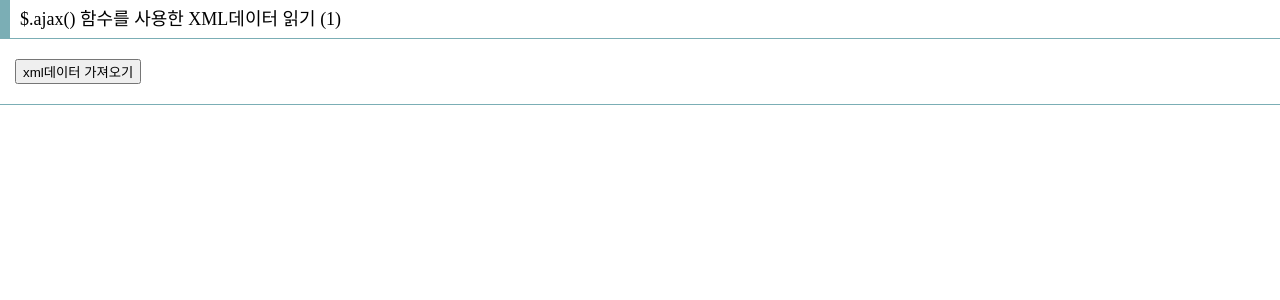
Repository: jigudeong-i/backenddeveloper
Page: firstExample/src/main/webapp/ajaxExample/02_xml.html
The author's editor kept a copy of each file at every save. The page is drawn from the files as they stood at one save, then again after the next save.
The browser window is 1280 px wide. The pictures show the whole page.

Above is the page before, as saved 2025-07-21 00:34:47.

### firstExample/src/main/webapp/ajaxExample/02_xml.html
<!DOCTYPE html>
<html lang="ko">
	<head>
		<meta charset="UTF-8">
		<meta name="viewport" content="width=device-width, initial-scale=1">
		<title>xml(1) = 02_xml.html</title>

		<link href="../image/icon.png" rel="icon" type="image/x-icon" />
		<link rel="stylesheet" href="../css/reset.css" />
		<link rel="stylesheet" href="../css/common.css" />
	</head>
	<body>
		<h1 class="title">$.ajax() 함수를 사용한 XML데이터 읽기 (1)</h1>
		<div class="exec">
			<input type="button" value="xml데이터 가져오기" id="mybtn" />
		</div>
		<div class="consol" id="result"></div>

		<script src="../js/jquery-3.7.1.min.js"></script>
		<script>
			$("#mybtn").on("click", function() {
				$.ajax({
					url: "/firstExample/ajax/xml/02.xml",
					method: 'get',
					dataType: 'xml'
				}).done(function (data){
					// 읽어온 XML파일안에 포함된 데이터를 추출
					let title = $(data).find("title").text();
					let time = $(data).fint("time").text();
					let teacher = $(date).find("teacher").text();

					// 추출된 데이터를 화면에 출력하기 위한 HTML요소를 동적으로 생성
					let div = $("<div>"); //$("div");
					let p1 = $("<p>").html(title);
					let p2 = $("<p>").html(time)
					let p3 = $("<p>").html(teacher);

					// 메서드 체인을 사용한 동적 요소의 결합. <div><p></p><p></p><p></p></div>
					div.append(p1).append(p2).append(p3);

					// 화면에 표시
					$("#result").html(div);
				}).fail(function(xhr, textStatus){
					// 통신이 실패했을 때 실행되는 함수.
					$("#result").html(textStatus + " (HTTP-" + xhr.status + ")");
				});
			});
		</script>
	</body>
</html>

### firstExample/src/main/webapp/css/common.css
html, body {
	width: 100%;
	height: 100%;
}
/* 페이지 제목을 표현.*/
h1.title {
	font-size: large;
	border-left: 10px solid #7BAEB5;
	border-bottom: 1px solid #7BAEB5;
	padding: 10px;
	width: auto;
	background-color: #fff;
}
/* 예제 실행을 위한 버튼이나 링크 배치하는 영역 표현.*/
div.exec, div.console {
	padding: 20px 15px;
	border-bottom: 1px solid #7BAEB5;
}
/* 결과 출력을 위한 영역 표현.*/
div.console {
	font-family: 'Courier New';
	font-size: 12px;
	font-style: italic;
	line-height: 130%;
}
/* 예제 화면을 구성하기 위한 영역 표현.*/
div.example {
	padding: 10px 30px;
}

Loaded but not shown: firstExample/src/main/webapp/css/reset.css (common file); firstExample/src/main/webapp/js/jquery-3.7.1.min.js (library)

After the next save:
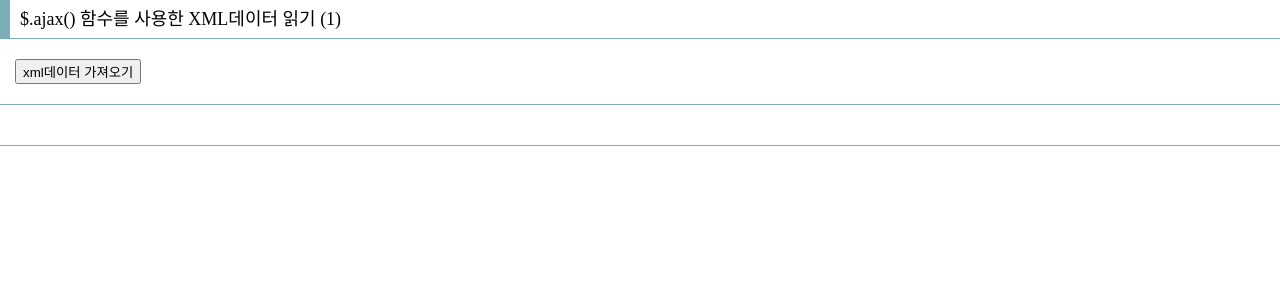
Saved 21 s later.
--- a/firstExample/src/main/webapp/ajaxExample/02_xml.html
+++ b/firstExample/src/main/webapp/ajaxExample/02_xml.html
@@ -1,20 +1,20 @@
 <!DOCTYPE html>
 <html lang="ko">
 	<head>
-		<meta charset="UTF-8">
-		<meta name="viewport" content="width=device-width, initial-scale=1">
-		<title>xml(1) = 02_xml.html</title>
+		<meta charset="utf-8" />
+		<meta name="viewport" content="width=device-width, initial-scale=1.0">
+		<title>xml(1) - 02_xml.html</title>
+		<link href="../image/icon.png" rel="icon" type="image/x-icon" />
 
-		<link href="../image/icon.png" rel="icon" type="image/x-icon" />
-		<link rel="stylesheet" href="../css/reset.css" />
-		<link rel="stylesheet" href="../css/common.css" />
+		<link rel="stylesheet" href="../css/reset.css"/>
+		<link rel="stylesheet" href="../css/common.css"/>
 	</head>
 	<body>
 		<h1 class="title">$.ajax() 함수를 사용한 XML데이터 읽기 (1)</h1>
 		<div class="exec">
 			<input type="button" value="xml데이터 가져오기" id="mybtn" />
 		</div>
-		<div class="consol" id="result"></div>
+		<div class="console" id="result"></div>
 
 		<script src="../js/jquery-3.7.1.min.js"></script>
 		<script>
@@ -23,16 +23,16 @@
 					url: "/firstExample/ajax/xml/02.xml",
 					method: 'get',
 					dataType: 'xml'
-				}).done(function (data){
+				}).done(function (data) {
 					// 읽어온 XML파일안에 포함된 데이터를 추출
 					let title = $(data).find("title").text();
-					let time = $(data).fint("time").text();
-					let teacher = $(date).find("teacher").text();
+					let time = $(data).find("time").text();
+					let teacher = $(data).find("teacher").text();
 
 					// 추출된 데이터를 화면에 출력하기 위한 HTML요소를 동적으로 생성
 					let div = $("<div>"); //$("div");
 					let p1 = $("<p>").html(title);
-					let p2 = $("<p>").html(time)
+					let p2 = $("<p>").html(time);
 					let p3 = $("<p>").html(teacher);
 
 					// 메서드 체인을 사용한 동적 요소의 결합. <div><p></p><p></p><p></p></div>
@@ -40,8 +40,8 @@
 
 					// 화면에 표시
 					$("#result").html(div);
-				}).fail(function(xhr, textStatus){
-					// 통신이 실패했을 때 실행되는 함수.
+				}).fail(function(xhr, textStatus) {
+					 //통신이 실패했을 때 실행되는 함수.
 					$("#result").html(textStatus + " (HTTP-" + xhr.status + ")");
 				});
 			});
